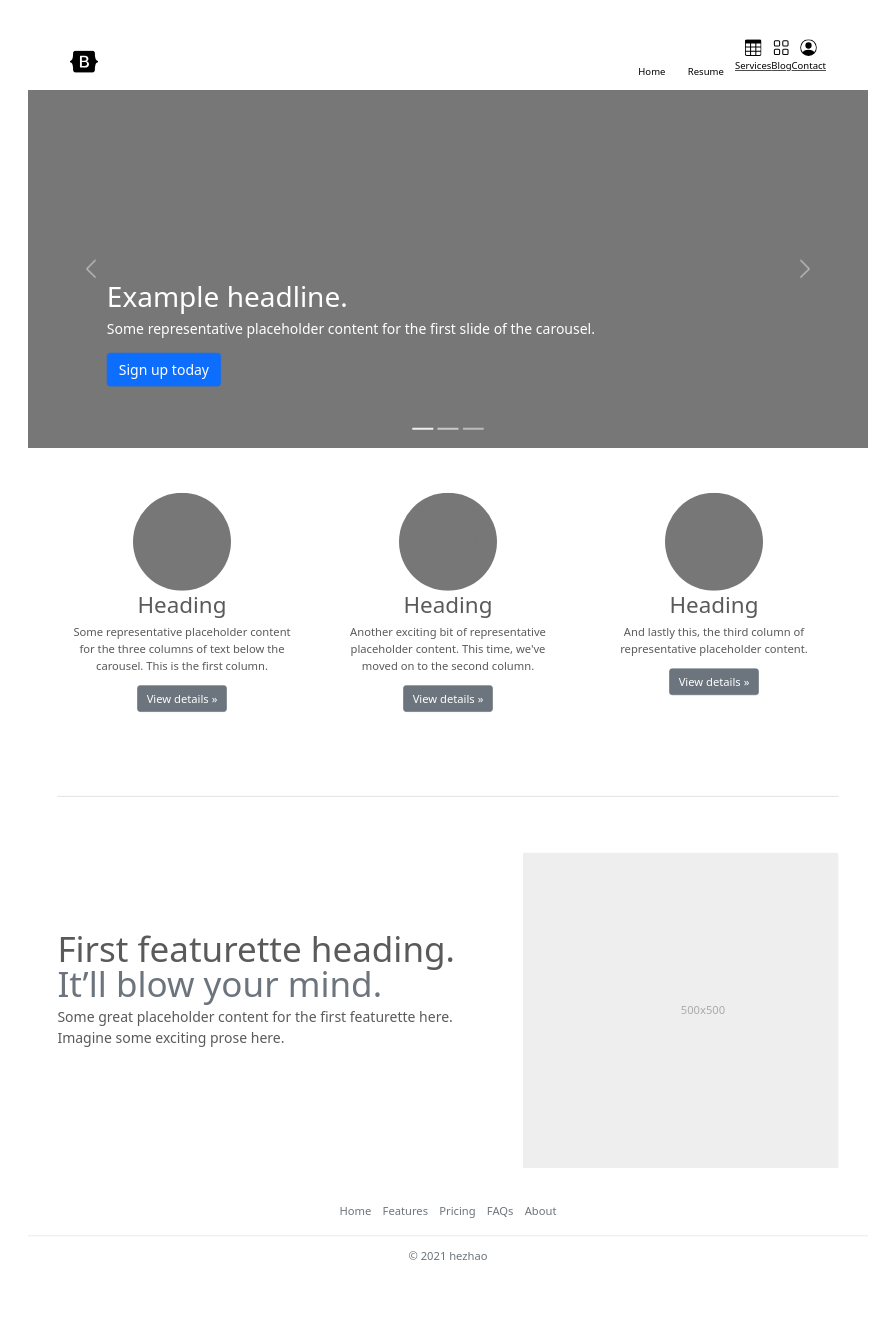
Repository: HeZhao-hugh/personal-web
Page: index.html
An editor plug-in stored every save of this project. The page is shown before and after the next save, followed by the edit.
The browser window is 1280 px wide. The pictures show the whole page, at 70% of full size.

Above is the page before, as saved 2022-01-19 18:53:07.

After the next save:
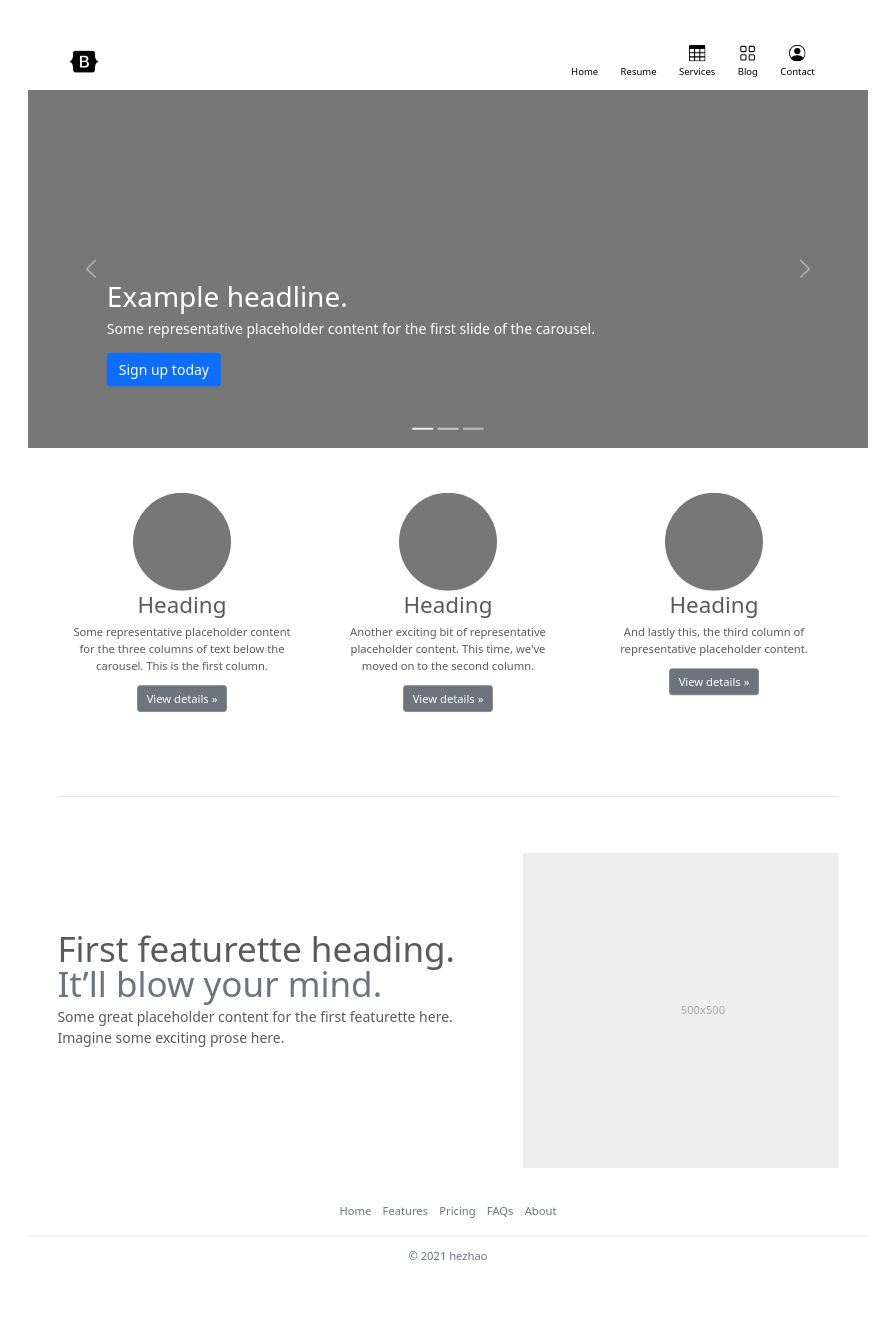
Saved 40 s later.
--- a/index.html
+++ b/index.html
@@ -69,7 +69,7 @@
 
                         <ul class="nav col-12 col-lg-auto my-2 justify-content-center my-md-0 text-small">
                             <li>
-                                <a href="HOME" class="navbar-item nav-link text-black">
+                                <a href="HOME" class="nav-link text-black">
                                     <svg class="bi d-block mx-auto mb-1" width="24" height="24">
                                         <use href="#Home1" /></svg>
                                     Home
@@ -83,7 +83,7 @@
                                 </a>
                             </li>
                             <li>
-                                <a href="#" class="navbar-item -link text-black">
+                                <a href="#" class="navbar-item nav-link text-black">
                                     <svg class="bi d-block mx-auto mb-1" width="24" height="24">
                                         <use href="#Services" /></svg>
                                     Services
@@ -91,14 +91,14 @@
                             </li>
 
                             <li>
-                                <a href="#" class="navbar-item -link text-black">
+                                <a href="#" class="navbar-item nav-link text-black">
                                     <svg class="bi d-block mx-auto mb-1" width="24" height="24">
                                         <use href="#Blog" /></svg>
                                     Blog
                                 </a>
                             </li>
                             <li>
-                                <a href="#" class="navbar-item -link text-black">
+                                <a href="#" class="navbar-item nav-link text-black">
                                     <svg class="bi d-block mx-auto mb-1" width="24" height="24">
                                         <use href="#Contact" /></svg>
                                     Contact
